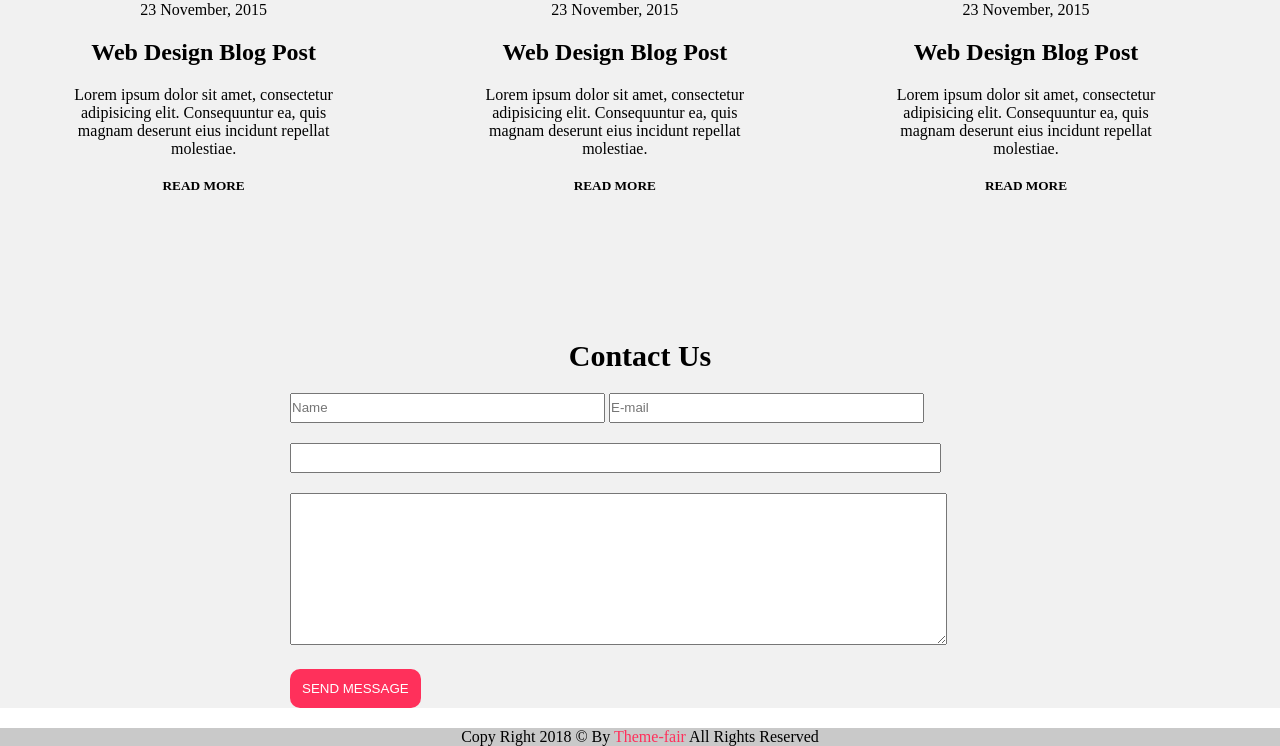
Repository: Ahmedalid/New-project
Page: Rout/index.html
An editor plug-in stored every save of this project. The page is shown before and after a run of saves, followed by the edit.
The browser window is 1280 px wide. The pictures show the part of the page from y = 3461 to 4207 px (the page is 4207 px tall).
A picture or video elsewhere on the page could not be fetched, so the positions and the page height are approximate.

Above is the page before, as saved 2023-05-24 19:59:55.

### Rout/index.html
<!DOCTYPE html>
<html lang="en">

<head>
    <meta charset="UTF-8">
    <meta http-equiv="X-UA-Compatible" content="IE=edge">
    <meta name="viewport" content="width=device-width, initial-scale=1.0">
    <link rel="stylesheet" href="https://cdnjs.cloudflare.com/ajax/libs/font-awesome/6.4.0/css/all.min.css">
    <link rel="stylesheet" href="css/style.css">
    <title>Document</title>
</head>

<body>
    <div class="bg-img" style="background-image: url(img/slider-02.jpg);">

        <div class="container pt">
            <div class="header-nav logo-nav">
                <h2>Fokir</h2>
            </div>
            <div class="header-nav">
                <ul>
                    <li><span class="nav-home">Home</span></li>
                    <li>About</li>
                    <li>Services </li>
                    <li>Portfolio</li>
                    <li>Testimonial</li>
                    <li>Blog </li>
                    <li>Contact</li>


                </ul>

            </div>
        </div>
        <div class="auto container">
            <h4 class="mt">Hello i'm</h4>
            <h1 class="mt">ALEX SMITH</h1>
            <p class="mt">Professional Web DesignerDesignerDeveloper</p>
        </div>

    </div>
    <div class="section-mt">
        <div class="section-2 container ">
            <div class="element-1">
                <span>
                    <img src="img/work-7.jpg" alt="Work-7">
                </span>
            </div>
            <div class="element-1">
                <h1><span>I</span>HELLO,</h1>
                <p class="mt">
                    Lorem ipsum dolor sit amet, consectetur adipisicing elit, sed do eiusmod tempor incididunt ut labore
                    et dolore magna aliqua. Ut enim ad minim veniam, quis nostrud exercitation ullamco laboris nisi ut
                    aliquip ex ea commodo consequat. Duis aute irure dolor in reprehenderit in voluptate velit esse
                    cillum dolore eu fugiat nulla pariatur. Excepteur sint occaecat cupidatat non proident, sunt in
                    culpa qui officia deserunt mollit anim id est laborum.
                </p>
                <div class="mt border"> </div>
                <div class="Name mt">
                    <div class="mt">Name: Rdam smith</div>
                    <div class="mt">Age: 26 Year</div>
                    <div class="mt">Freelance: Available</div>
                </div>
                <div class="Name mt">
                    <div class="mt">Job Title: UI/UX Designe</div>
                    <div class="mt">Location: United States, US</div>
                    <div class="mt">E-mail: example@gmail.com</div>
                </div>
                <div class="mt">
                    <button class="btn">Download CV <span><i class="fa fa-download"
                                aria-hidden="true"></i></span></button>

                    <button class="btn">Hire My <span><i class="fa fa-paper-plane"
                                aria-hidden="true"></i></span></button>
                </div>


            </div>
        </div>
    </div>
    <!-- section-3 -->
    <div class="section-bg">
        <section class="section-mt  ">
            <h1 class="pt">Our Services</h1>
            <div class="mt ">
                <div class="Services text-center">
                    <span class="mt"><i class="fa-solid fa-pen text-color"></i></span>
                    <h2 class="mt">UI/UX DESIGN</h2>
                    <p class="mt"> Lorem ipsum dolor sit amet, consectetur adipisicing elit. Ratione adipisci mollitia
                        quis
                        necstatibus.</p>
                </div>
                <div class="Services text-center">
                    <span class="mt"><i class="fa-solid fa-pen text-color"></i></span>
                    <h2 class="mt">APP DEVELOPMENT</h2>
                    <p class="mt"> Lorem ipsum dolor sit amet, consectetur adipisicing elit. Ratione adipisci mollitia
                        quis
                        necstatibus.</p>
                </div>
                <div class="Services text-center">
                    <span class="mt"><i class="fa-solid fa-pen text-color"></i></span>
                    <h2 class="mt">PRODUCT DESIGN</h2>
                    <p class="mt"> Lorem ipsum dolor sit amet, consectetur adipisicing elit. Ratione adipisci mollitia
                        quis
                        necstatibus.</p>
                </div>
                <div class="Services text-center">
                    <span class="mt"><i class="fa-solid fa-pen text-color"></i></span>
                    <h2 class="mt">UI/UX DESIGN</h2>
                    <p class="mt"> Lorem ipsum dolor sit amet, consectetur adipisicing elit. Ratione adipisci mollitia
                        quis
                        necstatibus.</p>
                </div>

            </div>
        </section>
    </div>
    <!-- section-4 -->
    <div class="">
        <section class="section-mt  ">
            <h1 class="pt">Our Portfolio</h1>
            <div class="text-center">
                <p class="p-Our">All</p>
                <p class="p-Our">GRAPHIC</p>
                <p class="p-Our">WEB DESIGN</p>
                <p class="p-Our">PRADNIG</p>
            </div>
            <div class="mt container">
                <div class="Portfolio text-center">
                    <span>
                        <img src="img/1.jpg" alt="">
                    </span>
                </div>
                <div class="Portfolio text-center">
                    <span>
                        <img src="img/2.jpg" alt="">
                    </span>
                </div>
                <div class="Portfolio text-center">
                    <span>
                        <img src="img/3.jpg" alt="">
                    </span>
                </div>
                <div class="Portfolio text-center">
                    <img src="img/5.jpg" alt="">
                </div>
                <div class="Portfolio text-center">
                    <img src="img/4.jpg" alt="">
                </div>
                <div class="Portfolio text-center">
                    <img src="img/6.jpg" alt="">
                </div>

            </div>
        </section>
    </div>

    <div class="section-bg">
        <section class="section-mt  ">
            <div class="mt ">
                <div class="Services text-center">
                    <span class="mt"><i class="fa-solid fa-pen text-color"></i></span>
                    <h2 class="mt">7</h2>
                    <p class="mt">Lorem, ipsum dolor.</p>
                </div>
                <div class="Services text-center">
                    <span class="mt"><i class="fa-solid fa-pen text-color"></i></span>
                    <h2 class="mt">9</h2>
                    <p class="mt"> Lorem ipsum dolor sit..</p>
                </div>
                <div class="Services text-center">
                    <span class="mt"><i class="fa-solid fa-pen text-color"></i></span>
                    <h2 class="mt">5</h2>
                    <p class="mt">Lorem ipsum dolor sit..</p>
                </div>
                <div class="Services text-center">
                    <span class="mt"><i class="fa-solid fa-pen text-color"></i></span>
                    <h2 class="mt">7</h2>
                    <p class="mt"> Lorem, ipsum dolor.</p>
                </div>

            </div>
        </section>
    </div>
    <section class="section-mt">
        <h1 class="text-center">Client's Feedback</h1>
        <div class="text-center mt">
            <img src="img/2 (1).jpg" alt="" class="w-3">
        </div>
    </section>
    <div class="section-bg">
        <section class="section-mt  ">
            <h1 class="pt">Our Blog</h1>
            <div class="mt ">
                <div class="Blog text-center">
                    <span class="mt">
                        <img src="img/1 (1).jpg" alt="">
                    </span>
                    <p class="mt">23 November, 2015</p>
                    <h2 class="mt"> Web Design Blog Post </h2>
                    <p class="mt">Lorem ipsum dolor sit amet, consectetur adipisicing elit. Consequuntur ea, quis magnam deserunt
                        eius incidunt repellat molestiae.</p>
                        <h5 class="mt">READ MORE </h5>


                </div>
                <div class="Blog text-center">
                    <span class="mt">
                        <img src="img/1 (1).jpg" alt="">
                    </span>
                    <p class="mt">23 November, 2015</p>
                    <h2 class="mt"> Web Design Blog Post </h2>
                    <p class="mt">Lorem ipsum dolor sit amet, consectetur adipisicing elit. Consequuntur ea, quis magnam deserunt
                        eius incidunt repellat molestiae.</p>
                        <h5 class="mt">READ MORE </h5>


                </div>
                <div class="Blog text-center">
                    <span class="mt">
                        <img src="img/1 (1).jpg" alt="">
                    </span>
                    <p class="mt">23 November, 2015</p>
                    <h2 class="mt"> Web Design Blog Post </h2>
                    <p class="mt">Lorem ipsum dolor sit amet, consectetur adipisicing elit. Consequuntur ea, quis magnam deserunt
                        eius incidunt repellat molestiae.</p>
                        <h5 class="mt">READ MORE </h5>


                </div>



            </div>
        </section>
        <section class="section-mt">
            <div class="text-center">
                <h1>Contact Us</h1>

            </div>
            <div class="Contact">
                <div class="mt">
                 <input type="text" placeholder="Name" class="w-5 h-input" name="" id="">
                <input type="text" name="" id="" placeholder="E-mail" class="w-5 input-l h-input">
                <input type="text" class="w-10 mt h-input" name="" id="">
                <textarea name="" class="mt" id="" cols="80" rows="10"></textarea>
                <button class="btn mt">SEND MESSAGE</button>
                </div>
            </div>
        </section>
    </div>
    <footer class="mt">
        <div class="text-center">
            <span></span>

            <p>Copy Right 2018 © By <span class="Theme-fair">Theme-fair</span> All Rights Reserved</p>
        </div>
    </footer>
</body>

</html>

### Rout/css/style.css
*{
    margin: 0;
    padding: 0;
    box-sizing: border-box;
}
.container{
    margin: auto 111px;
}
.bg-img{
    background-repeat: no-repeat;
    background-size: cover;
    height: 100vh;
}
.header-nav{
    display: inline-block;
    width: 49%;
    color: white;
}
.pt{
    padding-top: 25px;
}
.mt{
    margin-top: 20px;
}
.logo-nav h2{
    color: #ff305b;
    font-weight: bold;
    cursor: pointer;
    transition: 1.5s;
}
.logo-nav h2:hover{
    text-decoration: underline;
}
.header-nav ul li{
    display: inline-block;
    padding-left: 17px;
}
.nav-home{
    color: #ff305b;
}
.header-nav ul li:hover{
    text-decoration: underline;
    color: #ff305b;
    cursor: pointer;
}
.auto{
    /* margin: auto; */
    padding-top: 230px;
    color: white;
    text-align: center;
    font-weight: bold;
}
.element-1{
    display: inline-block;
    width: 49%;
    vertical-align: top;
}
.element-1 h1 span{
    color: #ff305b;
}
.border{
    border: dotted 1px black;
}
.Name{
    display: inline-block;
    width: 48%;
}
.section-mt{
    margin-top: 30px;
}
.btn{
    border: none;
    outline: none;
    background-color: #ff305b;
    color: white;
    padding: 12px;
    border-radius: 10px;
    cursor: pointer;
    transition: 0.5s;
}
.btn:hover{
    background-color: #ec2403;
}
.btn span i{
    margin-left: 7px;
}
.section-mt h1{
    text-align: center;
    font-size: 30px;
    font-weight: bold;
    padding-top: 100px;
}
.section-bg{
    background-color: #f1f1f1;

}
.Services{
    margin: auto 50px;
    display: inline-block;
    width: 15%;
    padding: 15px;
    cursor: pointer;
    transition: width 2s;
}
.text-color{
    color: #ff305b;
}
.text-center{
    text-align: center;
}
.Services:hover{
    background-color: white;
    width: 20%;

}

.Portfolio{
    /* margin: auto 50px; */
    display: inline-block;
    width: 33%;
    /* padding: 15px; */
    cursor: pointer;
    transition: width 2s;
}
img{
    width: 100%;
}
.p-Our{
    display: inline-block;
    text-align: center;
    margin-top: 15px;
    padding-left: 20px;
    transition: all 0.5s;
    cursor: pointer;
}
.p-Our:hover{
    border-bottom: 1px solid #ff305b;
}
.w-3{
    width: 30%;
}
.Blog{
    margin: auto 50px;
    display: inline-block;
    width: 24%;
    padding: 15px;
    cursor: pointer;
    transition: width 2s;
}
.Contact{
    margin: auto 290px;
}
.w-5{
    width: 45%;
}
.h-input{
    height: 30px;
}
.w-10{
    width: 93%;
}
.Theme-fair{
    color: #ff305b;
}
footer{
    background-color: #33333343;
}

After the next 2 saves:
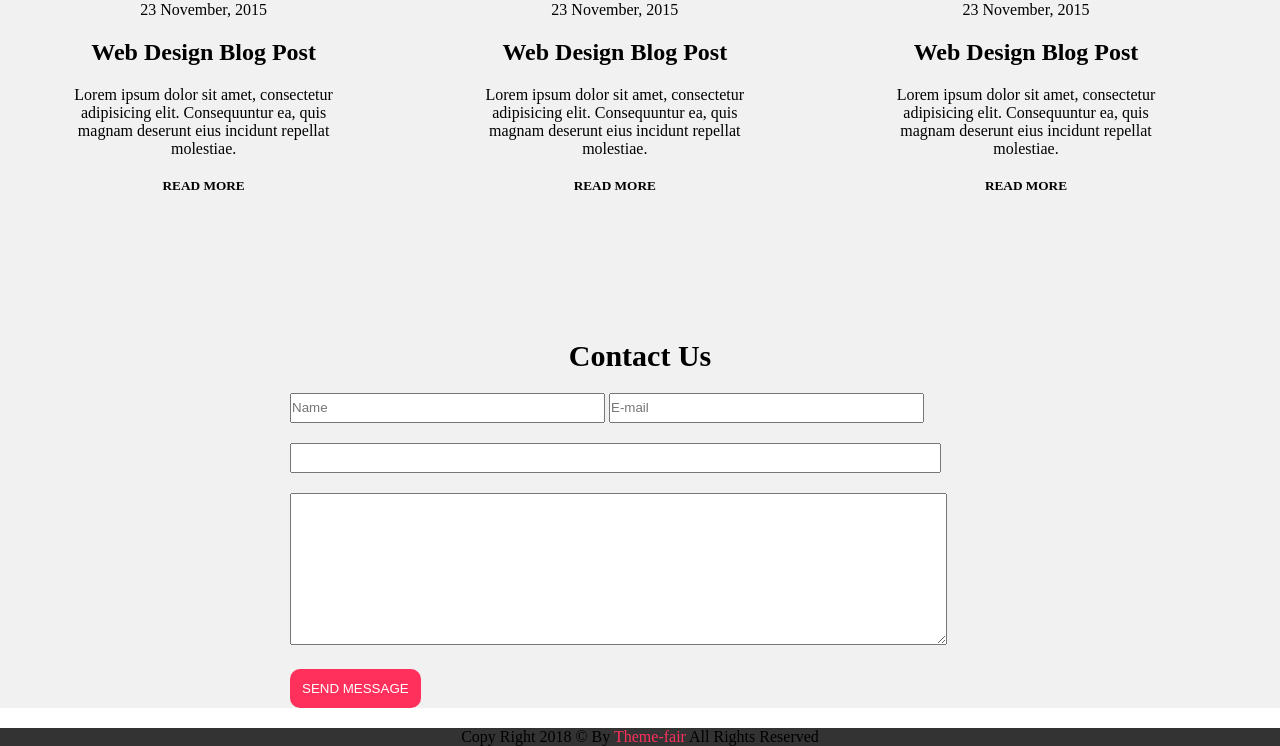
The 2 saves are shown as one change because they came seconds apart.
The last was saved 6 s later.
--- a/Rout/css/style.css
+++ b/Rout/css/style.css
@@ -163,5 +163,5 @@ img{
     color: #ff305b;
 }
 footer{
-    background-color: #33333343;
+    background-color: #333333;
 }
